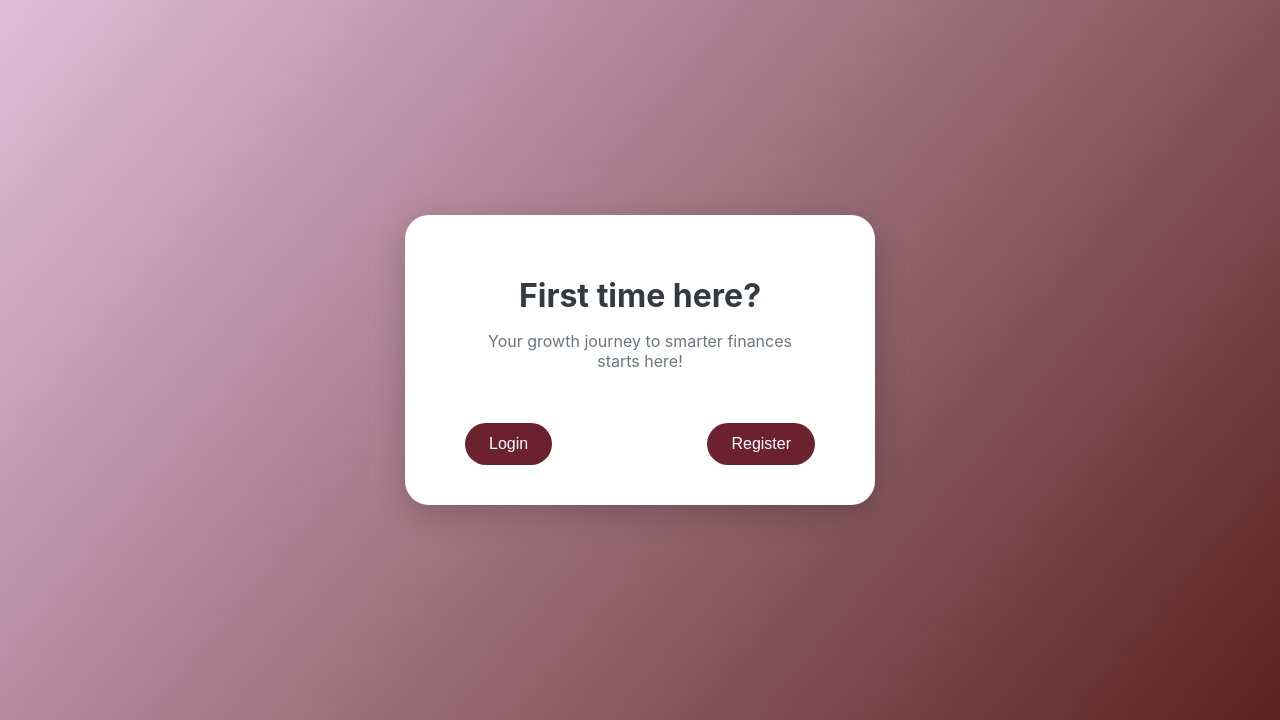
Repository: aab232/https---github.com-aab232-Deferred-Payment-Platform
Page: / (app in frontend/)
An editor plug-in stored every save of this project. The page is shown before and after the next save, followed by the edit.
The browser window is 1280 px wide. The pictures show the whole page.
The project was rebuilt for these pictures with package versions that can differ from the ones it lists, and the page was loaded fresh each time. Also part of the build but not shown: frontend/src/components/Register.js, frontend/src/components/Login.js, frontend/src/components/Main.js.

Above is the page before, as saved 2025-03-19 13:44:29.

### frontend/src/App.js
import React from 'react';
import { BrowserRouter as Router, Routes, Route } from 'react-router-dom';
import Home from './components/Home';
import Register from './components/Register';
import Login from './components/Login';
import Main from './components/Main';

const App = () => {
  return (
    <Router>
      <Routes>
        <Route path="/" element={<Home />} />
        <Route path="/login" element={<Login />} />
        <Route path="/register" element={<Register />} />
        <Route path="/main" element={<Main />} />
      </Routes>
    </Router>
  );
};

export default App;

### frontend/src/components/Home.js
import React from 'react';
import { useNavigate } from 'react-router-dom';
import './Home.css';

const Home = () => {
  const navigate = useNavigate();

  return (
    <div className="container">
      <div className="card">
        <h1>First time here?</h1>
        <p>Your growth journey to smarter finances starts here!</p>
        <div className="button-group">
          <button onClick={() => navigate('/login')} className="btn">Login</button>
          <button onClick={() => navigate('/register')} className="btn">Register</button>
        </div>
      </div>
    </div>
  );
};

export default Home;

### frontend/src/components/Home.css
.container {
    display: flex;
    justify-content: center;
    align-items: center;
    height: 100vh; /* Full viewport height */
    background: linear-gradient(135deg, #252f3b, #252d3b); /* Elegant gradient */
  }

  .card {
    text-align: center;
    background: #fff;
    padding: 40px 60px;
    border-radius: 24px;
    box-shadow: 0 8px 32px rgba(0, 0, 0, 0.2);
    max-width: 350px;
    width: 100%;
  }

  h1 {
    margin-bottom: 16px;
    font-size: 28px;
    color: #252f3b;
  }

  p {
    margin-bottom: 32px;
    font-size: 16px;
    color: #555;
  }

  .button-group {
    display: flex;
    justify-content: space-between;
  }

  .btn {
    padding: 12px 24px;
    font-size: 16px;
    border: none;
    border-radius: 30px; /* Rounded buttons */
    cursor: pointer;
    transition: background 0.3s ease;
    color: white;
    background: #252f3b;
  }

  .btn:hover {
    background: #252f3b; /* Button hover effect */
  }

### frontend/src/components/Form.css
.container {
    display: flex;
    justify-content: center;
    align-items: center;
    height: 100vh;
    background: linear-gradient(130deg, #E0BED9, #5a2220);
  }

  .form-card {
    background: white;
    padding: 40px 60px;
    border-radius: 24px;
    box-shadow: 0 8px 32px rgba(0, 0, 0, 0.2);
    max-width: 400px;
    width: 100%;
    text-align: center;
  }

  h2 {
    color: #252f3b;
  }

  input {
    display: block;
    width: 100%;
    margin: 10px 0;
    padding: 12px;
    border: 1px solid #ddd;
    border-radius: 30px;
  }

  .btn {
    padding: 12px 24px;
    margin-top: 20px;
    border-radius: 30px;
    border: none;
    color: white;
    background: #6b212e;
    cursor: pointer;
  }

  .btn:hover {
    background: #a41b34;
  }

  .link {
    color: #6b212e;
    cursor: pointer;
  }

### frontend/src/components/Main.css
.main-container {
    display: flex;
    flex-direction: column;
    align-items: center;
    justify-content: center;
    height: 100vh;
    background: #f8f9fa;
  }

  .taskbar {
    position: absolute;
    top: 20px;
    right: 40px;
    display: flex;
    gap: 20px;
  }

  .tab {
    cursor: pointer;
    padding: 8px 16px;
    border-radius: 8px;
    transition: background 0.3s ease;
  }

  .tab:hover {
    background: #007bff;
    color: white;
  }

  .logout {
    color: red;
  }

  h1 {
    font-size: 2rem;
    color: #343a40;
  }

  p {
    color: #6c757d;
  }

Loaded but not shown: frontend/public/index.html (common file); frontend/src/index.js (common file); frontend/src/index.css (common file)

After the next save:
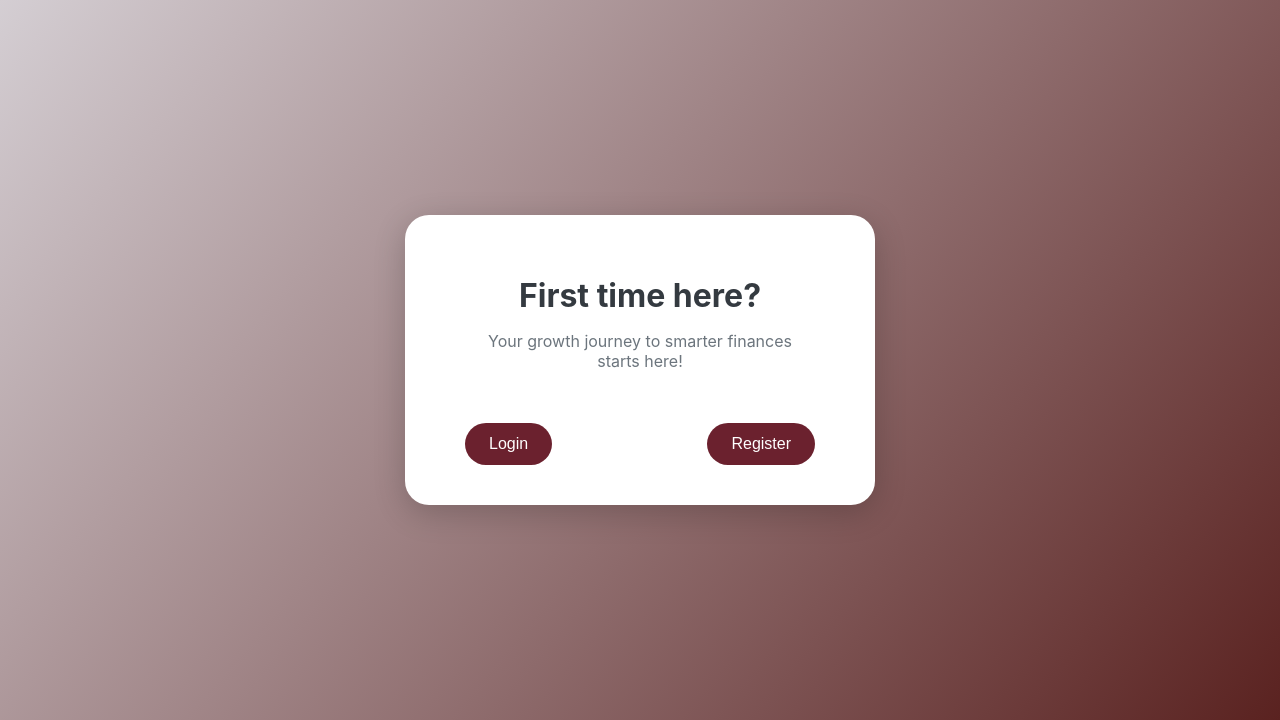
Saved 10 s later.
--- a/frontend/src/components/Form.css
+++ b/frontend/src/components/Form.css
@@ -3,7 +3,7 @@
     justify-content: center;
     align-items: center;
     height: 100vh;
-    background: linear-gradient(130deg, #E0BED9, #5a2220);
+    background: linear-gradient(130deg, #d4ced3, #5a2220);
   }
 
   .form-card {
